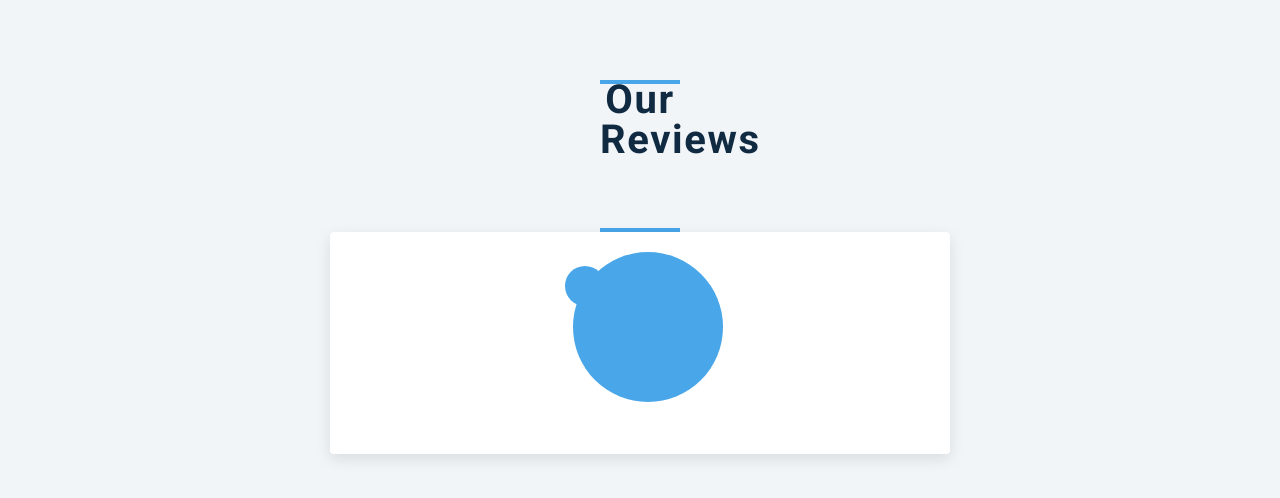
Repository: hseunghwan/practice-vanilla-javascript
Page: Carousel/Carousel.html
The author's editor kept a copy of each file at every save. The page is drawn from the files as they stood at one save, then again after the next save.
The browser window is 1280 px wide. The pictures show the whole page.

Above is the page before, as saved 2023-05-10 20:29:21.

After the next save:
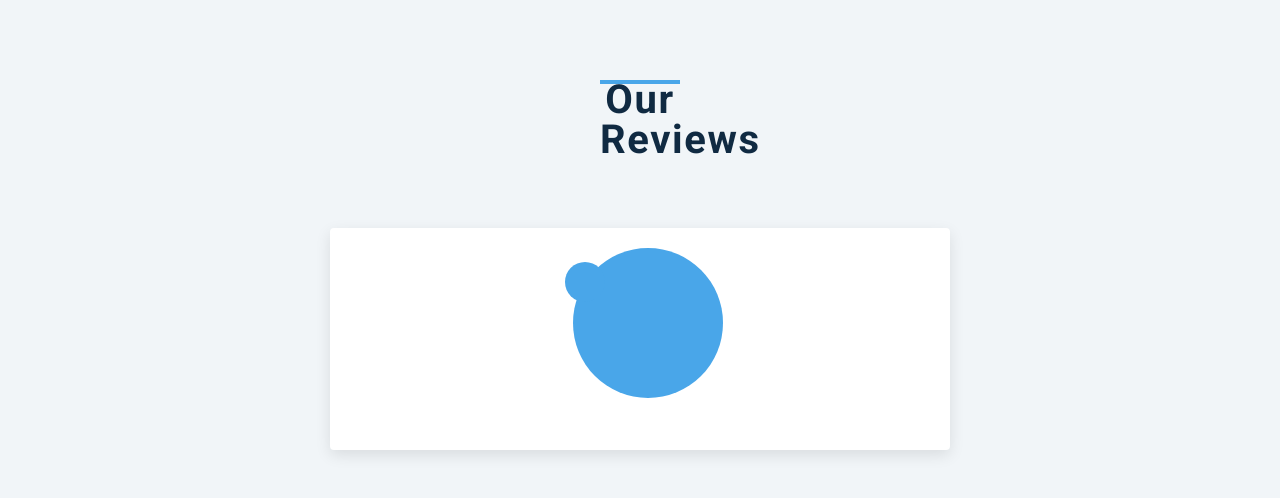
Saved 5 s later.
--- a/Carousel/Carousel.html
+++ b/Carousel/Carousel.html
@@ -9,7 +9,6 @@
         <div class="section">
             <h2 class="title underline">Our Reviews</h2>
         </div>
-        <div class="underline"></div>
         <div class="container section-center">
             <div class="main">
                 <div class="review">
